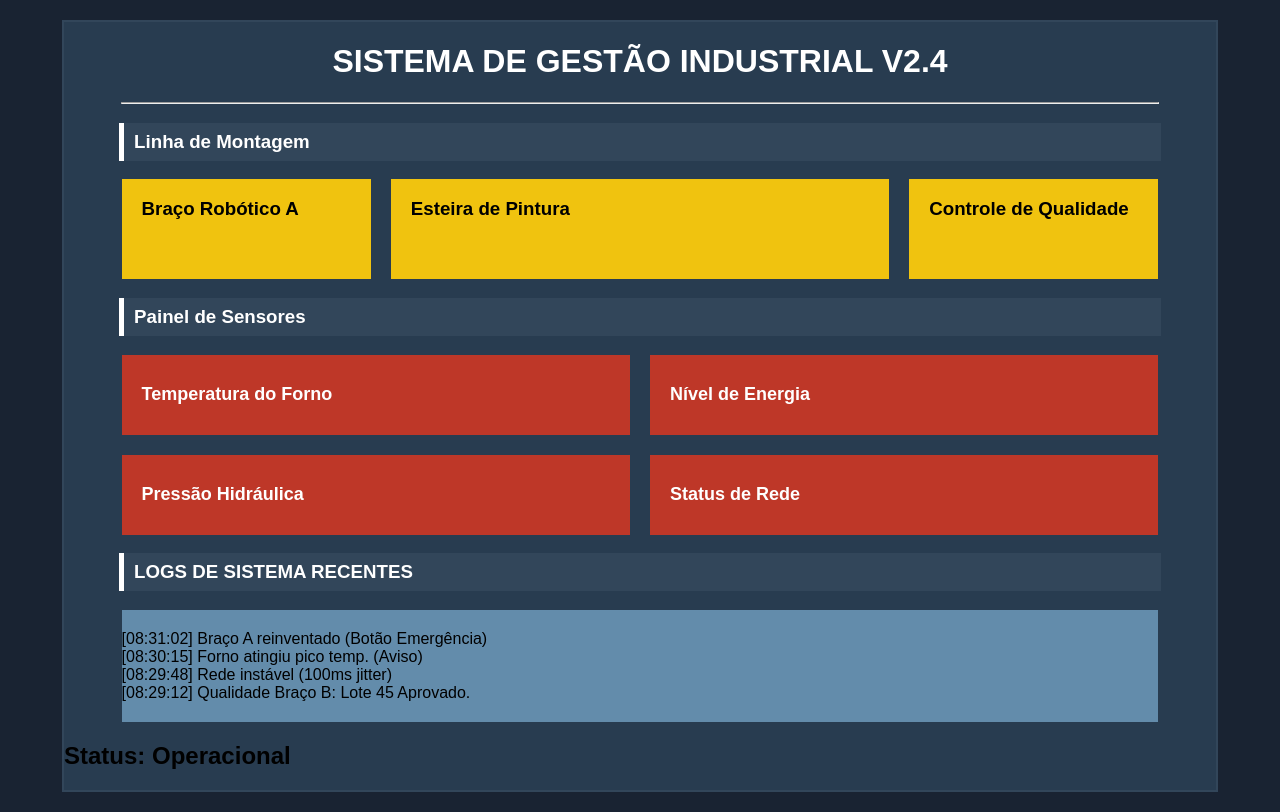
Repository: DanielEDapper/Front-WEG
Page: ProfeIgor/Aula5 - Dashboard Industrial/index.html
The author's editor kept a copy of each file at every save. The page is drawn from the files as they stood at one save, then again after a run of saves.
The browser window is 1280 px wide. The pictures show the whole page.
Some icons come from a web library that is not loaded, so they are not drawn.

Above is the page before, as saved 2026-05-29 20:04:39.

After the next 4 saves:
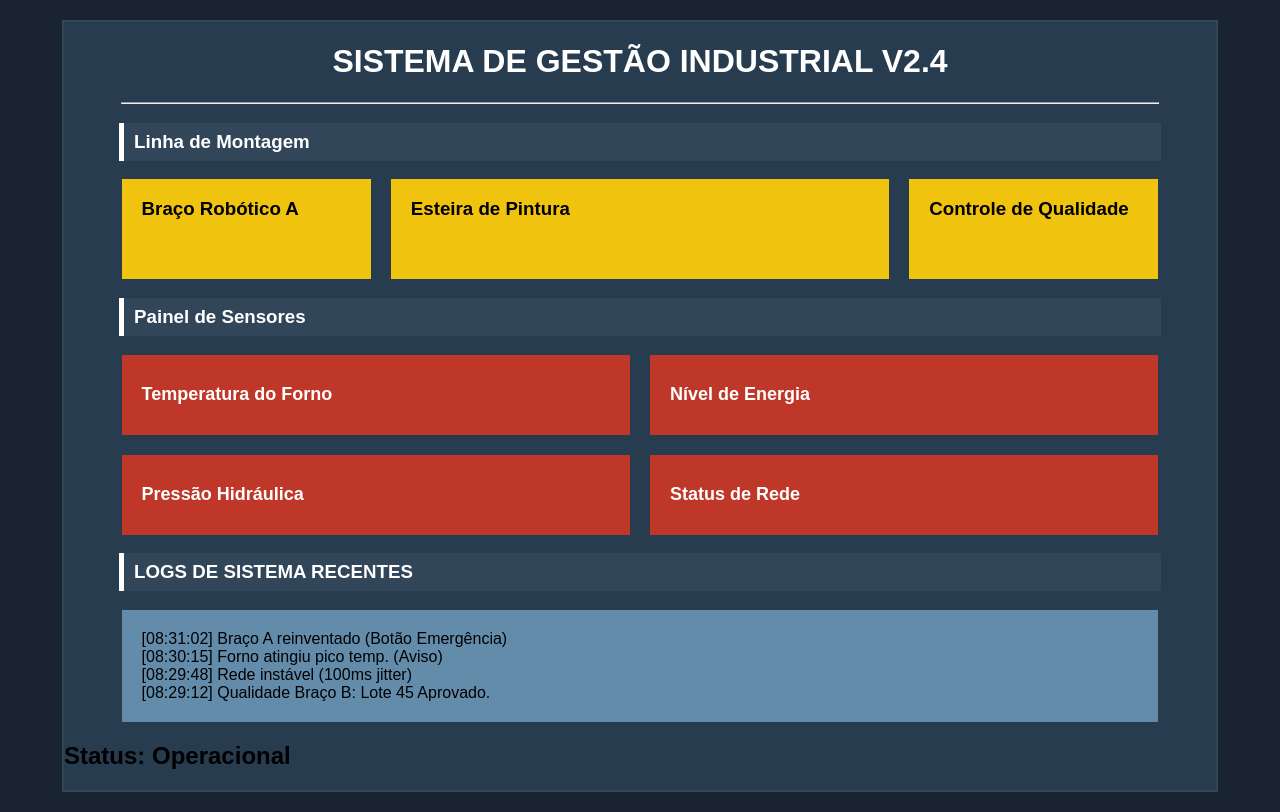
The 4 saves are shown as one change because they came seconds apart.
The last was saved 19 s later.
--- a/ProfeIgor/Aula5 - Dashboard Industrial/style.css
+++ b/ProfeIgor/Aula5 - Dashboard Industrial/style.css
@@ -129,5 +129,5 @@ hr{
 }
 
 .container-logs p {
-    margin: 0;
+    margin: 0px 0px 0px 20px;
 }
